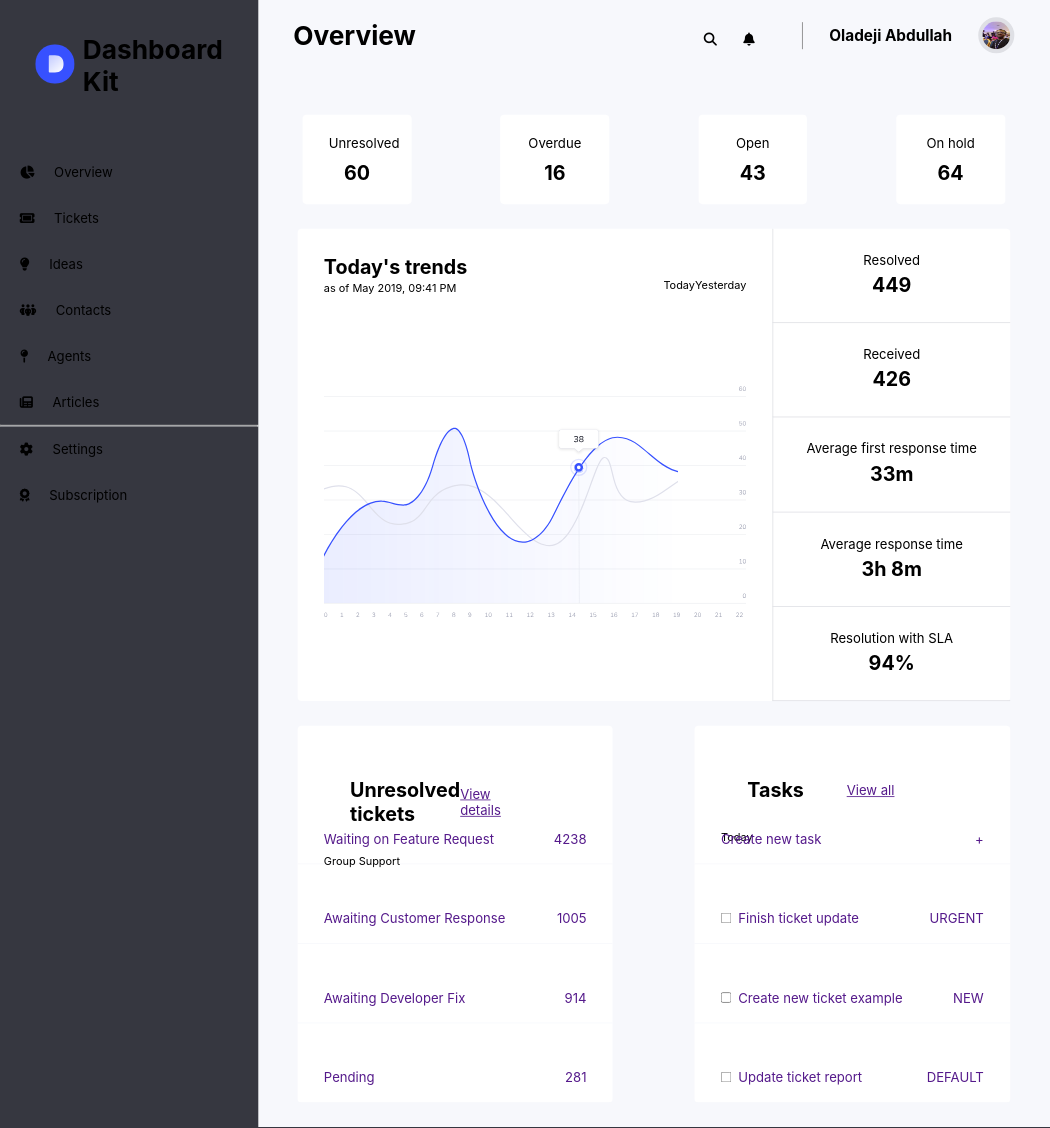
Repository: BuduCE/dashboard
Page: /
These files come from the project's save history. The page is drawn as it stood at one moment and after a run of saves; the edit follows.
The browser window is 1280 px wide. The pictures show the whole page, at 82% of full size.
Some web libraries are served in a nearby version. The project was rebuilt for these pictures with package versions that can differ from the ones it lists, and the page was loaded fresh each time. Also part of the build but not shown: src/pages/Tickets/index.jsx.

Above is the page before, as saved 2022-08-05 23:39:53.

### public/index.html
<!DOCTYPE html>
<html lang="en">
  <head>
    <meta charset="utf-8" />
    <link rel="icon" href="%PUBLIC_URL%/favicon.ico" />
    <meta name="viewport" content="width=device-width, initial-scale=1" />
    <meta name="theme-color" content="#000000" />
    <meta
      name="description"
      content="Web site created using create-react-app"
    />
    <link rel="apple-touch-icon" href="%PUBLIC_URL%/logo192.png" />
    <!--
      manifest.json provides metadata used when your web app is installed on a
      user's mobile device or desktop. See https://developers.google.com/web/fundamentals/web-app-manifest/
    -->
    <link rel="manifest" href="%PUBLIC_URL%/manifest.json" />
    <!--
      Notice the use of %PUBLIC_URL% in the tags above.
      It will be replaced with the URL of the `public` folder during the build.
      Only files inside the `public` folder can be referenced from the HTML.

      Unlike "/favicon.ico" or "favicon.ico", "%PUBLIC_URL%/favicon.ico" will
      work correctly both with client-side routing and a non-root public URL.
      Learn how to configure a non-root public URL by running `npm run build`.
    -->

    <!-- Font-Awesome  -->
    <link
      rel="stylesheet" href="https://cdnjs.cloudflare.com/ajax/libs/font-awesome/6.1.1/css/all.min.css" integrity="sha512-KfkfwYDsLkIlwQp6LFnl8zNdLGxu9YAA1QvwINks4PhcElQSvqcyVLLD9aMhXd13uQjoXtEKNosOWaZqXgel0g==" crossorigin="anonymous" referrerpolicy="no-referrer"
    />
    <title>Admin Dashboard</title>
  </head>
  <body>
    <noscript>You need to enable JavaScript to run this app.</noscript>
    <div id="root"></div>
    <!--
      This HTML file is a template.
      If you open it directly in the browser, you will see an empty page.

      You can add webfonts, meta tags, or analytics to this file.
      The build step will place the bundled scripts into the <body> tag.

      To begin the development, run `npm start` or `yarn start`.
      To create a production bundle, use `npm run build` or `yarn build`.
    -->
  </body>
</html>

### src/index.css
* {
  margin: 0;
  padding: 0;
  box-sizing: border-box;
}
body {
  margin: 0;
  font-family: -apple-system, BlinkMacSystemFont, 'Segoe UI', 'Roboto', 'Oxygen',
    'Ubuntu', 'Cantarell', 'Fira Sans', 'Droid Sans', 'Helvetica Neue',
    sans-serif;
  -webkit-font-smoothing: antialiased;
  -moz-osx-font-smoothing: grayscale;
  background: rgba(54, 55, 64, 1);
}

code {
  font-family: source-code-pro, Menlo, Monaco, Consolas, 'Courier New',
    monospace;
}

### src/App.js
import './App.css';
// import Overview from './pages/Overview';
// import Header from './components/common/Header';
import Sidenav from './components/common/SideNav';
// import Login from './pages/Login';

function App() {
  return (
    <div className="App">
      <Sidenav />
      {/* <Login /> */}
    </div>
  );
}

export default App;

### src/components/common/SideNav/index.jsx
import React from 'react'
import Overview from '../../../pages/Overview'
import Tickets from '../../../pages/Tickets'
import Header from '../Header'
import Logo from '../Logo'
import './styles.css'

const Sidenav = () => {
  return (
    <div className='dashboard'>
        <div className="navbar">
            <div className="logo">
                <Logo />
                <h1>Dashboard Kit</h1>
            </div>
            <div className="heading">
                <i className='fas fa-chart-pie'></i>
                <p>Overview</p>
            </div>
            <div className="heading">
                <i className='fas fa-ticket'></i>
                <p>Tickets</p>
            </div>
            <div className="heading">
                <i className='fas fa-lightbulb'></i>
                <p>Ideas</p>
            </div>
            <div className="heading">
                <i className='fas fa-people-group'></i>
                <p>Contacts</p>
            </div>
            <div className="heading">
                <i className='fas fa-map-pin'></i>
                <p>Agents</p>
            </div>
            <div className="heading">
                <i className='fas fa-newspaper'></i>
                <p>Articles</p>
            </div>
            <hr />
            <div className="heading">
                <i className='fas fa-gear'></i>
                <p>Settings</p>
            </div>
            <div className="heading">
                <i className='fas fa-award'></i>
                <p>Subscription</p>
            </div>

        </div>
        <div className="info">
            {/* <Header /> */}
            <Overview />
            {/* <Tickets /> */}
        </div>
    </div>
  )
}

export default Sidenav

### src/pages/Overview/index.jsx
import React from 'react'
import './styles.css'
import TrendMap from './graph.svg'
import Header from '../../components/common/Header'

const Overview = () => {
  return (
    <>
        <Header />
        <div className='overview_pg'>
            {/* Specific status */}
            <div className="overview_stat">
                <div className="overview_info">
                    <p>Unresolved</p>
                    <h2>60</h2>
                </div>
                <div className="overview_info">
                    <p>Overdue</p>
                    <h2>16</h2>
                </div>
                <div className="overview_info">
                    <p>Open</p>
                    <h2>43</h2>
                </div>
                <div className="overview_info">
                    <p>On hold</p>
                    <h2>64</h2>
                </div>
            </div>

            {/* Today's trend */}
            <div className="trends">
                <div className="trends_head">
                    <div className="trends_headT">
                        <div className="trend_title">
                            <h2>Today's trends</h2>
                        </div>
                        <div className="trend_title_stat">
                            <div className="trend_date">
                                <small>as of May 2019, 09:41 PM</small>
                            </div>
                            <div className="trend_day">
                                <small>Today</small>
                                <small>Yesterday</small>
                            </div>
                        </div>
                    </div>

                    <div className="trends_headB">
                        <img src={TrendMap} alt="Trend Chart" />
                    </div>
                </div>

                <div className="trends_summary">
                    <div className="summary_type">
                        <p>Resolved</p>
                        <h2>449</h2>
                    </div>
                    <div className="summary_type">
                        <p>Received</p>
                        <h2>426</h2>
                    </div>
                    <div className="summary_type">
                        <p>Average first response time</p>
                        <h2>33m</h2>
                    </div>
                    <div className="summary_type">
                        <p>Average response time</p>
                        <h2>3h 8m</h2>
                    </div>
                    <div className="summary_type">
                        <p>Resolution with SLA</p>
                        <h2>94%</h2>
                    </div>
                </div>
            </div>

            <div className="ticket_n_task">
                <div className="ticket">
                    <div className="ticket_head">
                        <div className="ticket_title">
                            <h2>Unresolved tickets</h2>
                            <a href="">View details</a>
                        </div>
                        <small>Group Support</small>
                    </div>
                    <div className="ticket_list">
                        <a href="">
                            <p>Waiting on Feature Request</p>
                            <p>4238</p>
                        </a>
                        <a href="">
                            <p>Awaiting Customer Response</p>
                            <p>1005</p>
                        </a>
                        <a href="">
                            <p>Awaiting Developer Fix</p>
                            <p>914</p>
                        </a>
                        <a href="">
                            <p>Pending</p>
                            <p>281</p>
                        </a>
                    </div>
                </div>

                <div className="task">
                    <div className="ticket_head">
                        <div className="ticket_title">
                            <h2>Tasks</h2>
                            <a href="">View all</a>
                        </div>
                        <small>Today</small>
                    </div>

                    <div className="ticket_list">
                        <a href="">
                            <p>Create new task</p>
                            <p>+</p>
                        </a>
                        <a href="">
                            <div className='task_todo'>
                                <input type="checkbox" name="" id="" />
                                <label htmlFor="">Finish ticket update</label>
                            </div>

                            <p>URGENT</p>
                        </a>
                        <a href="">
                            <div className='task_todo'>
                                <input type="checkbox" name="" id="" />
                                <label htmlFor="">Create new ticket example</label>
                            </div>

                            <p>NEW</p>
                        </a>
                        <a href="">
                            <div className='task_todo'>
                                <input type="checkbox" name="" id="check" />
                                <label htmlFor="">Update ticket report</label>
                            </div>

                            <p>DEFAULT</p>
                        </a>
                    </div>
                </div>
            </div>
        </div>
    </>
  )
}

export default Overview

### src/components/common/Header/index.jsx
import React from 'react'
import './styles.css'
import budu from './budu.jpg'

const Header = () => {
  return (
    <div className='head_er'>
        <div className="headerL">
            <h1>Overview</h1>
        </div>
        <div className="headerR">
            <i className='fas fa-magnifying-glass icon'></i>
            <i className='fas fa-bell icon bell'></i>
            <h3>Oladeji Abdullah</h3>
            <img src={budu} alt="" />
        </div>
    </div>
  )
}

export default Header

### src/components/common/Logo/index.jsx
import React from 'react'
import companyLogo from './logo.svg'

const Logo = () => {
  return (
    <div>
        <img src={companyLogo} alt="" />
    </div>
  )
}

export default Logo

### src/components/common/SideNav/styles.css
.dashboard{
    display: grid;
    grid-template-columns: 1fr 4fr;
}
.navbar{
    padding: 41px 0;
}
.logo{
    display: flex;
    padding: 43px 43px;
    padding-bottom: 63px;
    padding-top: 0;
    align-items: center;
}
.logo h1{
    margin-left: 10px;
}
.heading{
    width: 100%;
    display: flex;
    padding: 18px 24px;
    align-items: center;
}
.heading p{
    margin-left: 24px;
}
.heading:hover{
    border-left: 1px solid #fff;
    color: #fff;
}
.info{
    background: #F7F8FC;
    /* height: 100vh; */
}

### src/pages/Overview/styles.css
.overview_pg{
    margin-top: 54px;
}
.overview_stat{
    display: grid;
    grid-template-columns: 1fr 1fr 1fr 1fr;
    /* justify-content: space-evenly; */
    width: 100%;
}
.overview_info{
    display: flex;
    flex-direction: column;
    text-align: center;
    /* border: 1px solid; */
    border-radius: 5px;
    padding: 24px 32px;
    background: #fff;
    box-shadow: 15px;
    width: 55%;
    margin: auto;
}
.overview_info:hover{
    color: blue;
    border: 1px blue solid;
}
.overview_info p{
    padding-bottom: 12px;
}

/* trend  */
.trends{
    width: 90%;
    background: #fff;
    margin: auto;
    border-radius: 5px;
    height: 80vh;
    margin-top: 30px;
    display: grid;
    grid-template-columns: 2fr 1fr;
    margin-top: 30px;
}
.trends_head{
    padding: 32px;
}
.trend_title_stat{
    display: flex;
    justify-content: space-between;
}
.trend_day{
    display: flex;
    justify-content: space-evenly;
}
.trends_headB img{
    width: 100%;
    margin-top: 54px;
    height: 55vh;
}

/* summary  */
.trends_summary{
    display: grid;
    grid-template-rows: 1fr 1fr 1fr 1fr 1fr;
}
.summary_type{
    padding: 28px;
    border-left: 1px solid #dfe0e5;
    border-bottom: 1px solid #dfe0e5;
    text-align: center;
}
.summary_type p{
    margin-bottom: 6px;
}

/* Tickets */
.ticket_n_task{
    display: grid;
    grid-template-columns: 1fr 1fr;
    width: 90%;
    margin: auto;
    margin-top: 30px;
    margin-bottom: 30px;
}
.ticket{
    margin-right: 50px;
}
.task{
    margin-left: 50px;
}
.ticket,.task{
    border-radius: 5px;
    background: #fff;
}
.ticket_head{
    padding: 32px;
    margin-bottom: 8px;
    width: 80%;
    height: 10vh;
}
.ticket_title{
    display: flex;
    justify-content: space-between;
    align-items: center;
}
.ticket_list a{
    text-decoration: none;
    display: flex;
    justify-content: space-between;
    align-items: center;
    padding: 20px 32px;
    border-bottom: 1px solid #F7F8FC;
    margin-top: 36px;
    align-items: center;
}
.task_todo{
    align-items: center;
}
.task_todo label{
    margin-left: 8px;
}

### src/pages/Tickets/styles.css
.ticket_pg{
    background: #fff;
    border-radius: 5px;
    height: 96vh;
    width: 95%;
    margin: auto;
    margin-top: 54px;
}
.ticket_title{
    display: flex;
    justify-content: space-between;
    padding: 32px;
}
.titleR, .titleR_icon{
    display: flex;
    justify-content: space-between;
    align-items: center;
    margin-left: 32px;
}
.titleR_icon p{
    margin-left: 8px;
}
/* .tab_head{
    display: grid;
    grid-template-columns: 3fr 2fr 2fr 1fr;
    margin: auto;
    padding: 0 77px 12px 31px;
    border-bottom: 1px solid #dfe0e5;
} */
.tab_info{
    display: grid;
    grid-template-columns: 3fr 2fr 2fr 1fr;
    margin: auto;
    padding: 24px 31px;
    border-bottom: 1px solid #dfe0e5;
}
.tab_info:hover{
    background: #F7F8FC;
}
.info_title{
    display: grid;
    grid-template-columns: 1fr 7fr;
}
.info_title img{
    width: 44px;
    height: 44px;
    border: 5px solid #dfe0e5;
    border-radius: 50%;
}
.ticket_tab{
    margin: auto;
}
.info_status{
    display: flex;
    /* grid-template-columns: 1fr 1fr; */
    justify-content: space-between;
    align-items: center;
}
.info_status button{
    padding: 5px 20px;
    border-radius: 40%;
    background: red;
    color: #fff;
    border: none;
}

### src/components/common/Header/styles.css
.head_er{
    display: flex;
    justify-content: space-between;
    width: 100%;
    height: 10vh;
    padding: 43px 43px;
    align-items: center;
}
.headerR{
    display: flex;
    justify-content: space-between;
    align-items: center;
}
.icon{
    width: 16px;
    height: 16px;
    padding: 5px 24px;
}
.bell{
    padding-right: 72px;
}
.headerR h3{
    padding: 5px 32px;
    border-left: 1px solid grey;
}
.headerR img{
    width: 44px;
    height: 44px;
    border-radius: 50%;
    border: 5px solid #dfe0e5;
}

Loaded but not shown: src/index.js (common file); src/reportWebVitals.js (common file); src/App.css (common file)

After the next 3 saves:
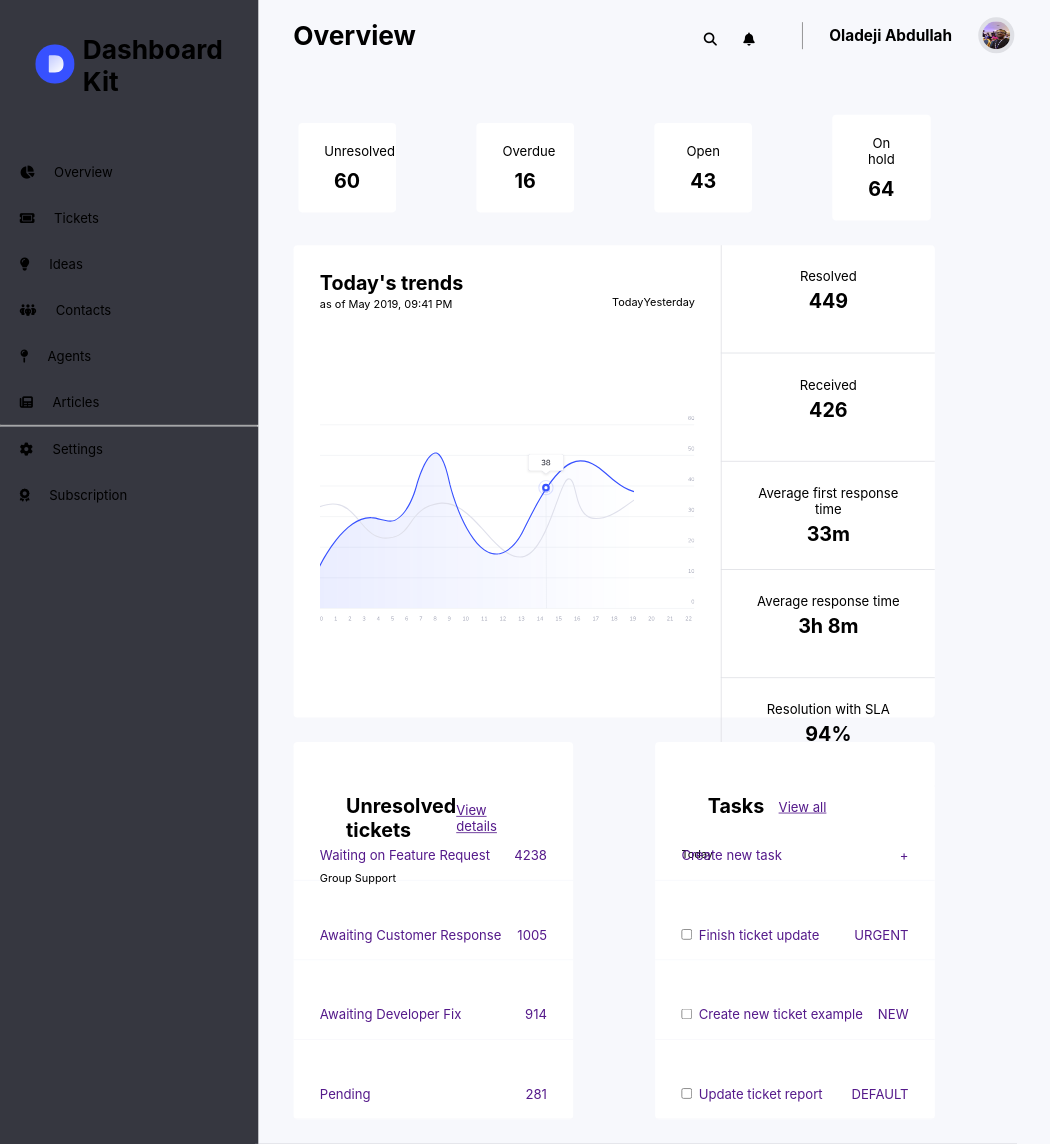
The 3 saves are shown as one change because they came seconds apart.
The last was saved 2 min 31 s later.
--- a/src/pages/Overview/styles.css
+++ b/src/pages/Overview/styles.css
@@ -1,5 +1,6 @@
 .overview_pg{
     margin-top: 54px;
+    width: 90%;
 }
 .overview_stat{
     display: grid;

After the save that followed:
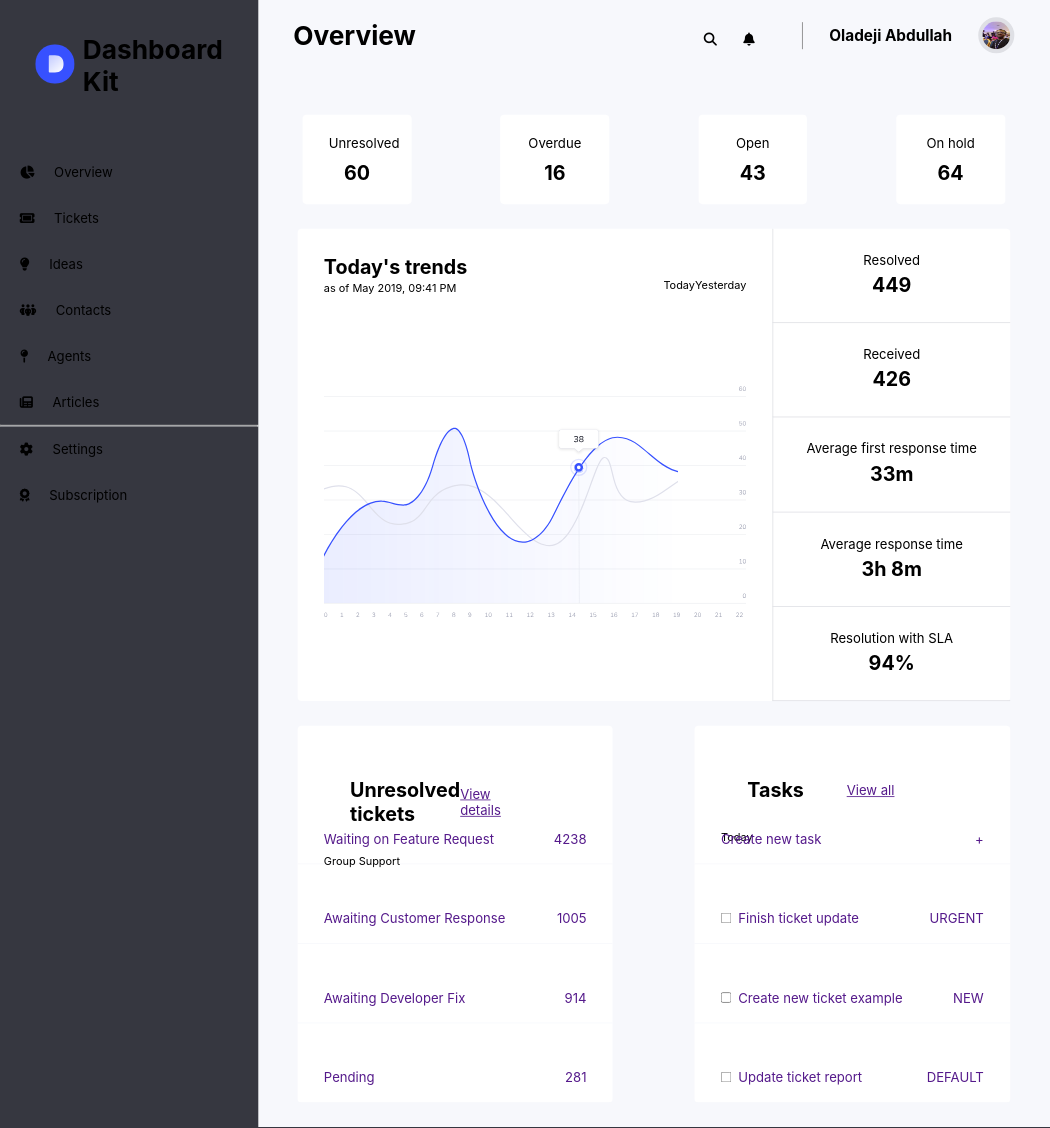
Saved 9 s later.
--- a/src/pages/Overview/styles.css
+++ b/src/pages/Overview/styles.css
@@ -1,6 +1,5 @@
 .overview_pg{
     margin-top: 54px;
-    width: 90%;
 }
 .overview_stat{
     display: grid;
